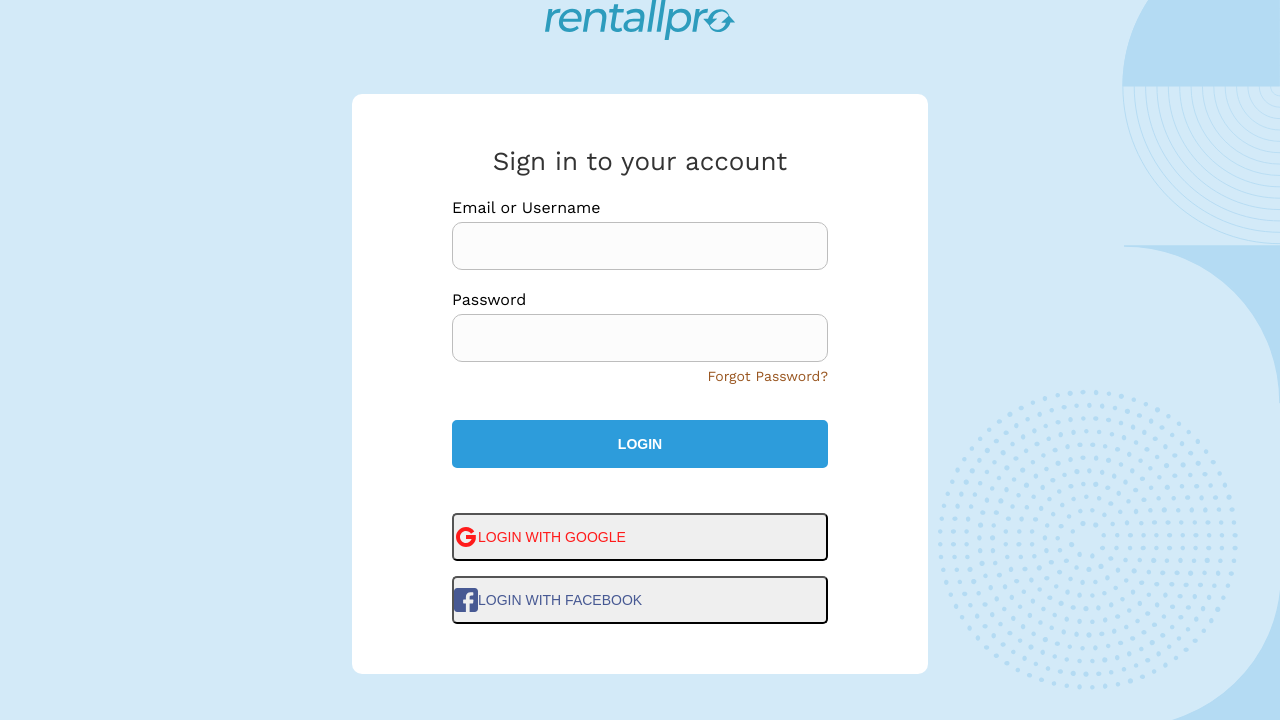
Repository: RentallPro/rentallpro-frontend
Page: /
An editor plug-in stored every save of this project. The page is shown before and after the next save, followed by the edit.
The browser window is 1280 px wide. The pictures show the whole page.
The project was rebuilt for these pictures with package versions that can differ from the ones it lists, and the page was loaded fresh each time.

Above is the page before, as saved 2020-12-09 11:01:20.

### public/index.html
<!DOCTYPE html>
<html lang="en">
  <head>
    <meta charset="utf-8">
    <meta http-equiv="X-UA-Compatible" content="IE=edge">
    <meta name="viewport" content="width=device-width,initial-scale=1.0">
    <link rel="icon" href="<%= BASE_URL %>favicon.ico">
    <link href="https://fonts.googleapis.com/css?family=Work+Sans&display=swap" rel="stylesheet">
    <title><%= htmlWebpackPlugin.options.title %></title>
  </head>
  <body>
    <noscript>
      <strong>We're sorry but <%= htmlWebpackPlugin.options.title %> doesn't work properly without JavaScript enabled. Please enable it to continue.</strong>
    </noscript>
    <div id="app"></div>
    <!-- built files will be auto injected -->
  </body>
</html>

### src/App.vue
<template>
  <div id="app">
    <router-view/>
  </div>
</template>

<style lang="scss">
* {
  margin: 0;
  padding: 0;
  box-sizing: border-box;
}
#app {
  font-family: 'Work Sans', sans-serif;
}
</style>

### src/router/index.js
import Vue from 'vue'
import VueRouter from 'vue-router'
import Home from '../views/Home/Home.vue'

Vue.use(VueRouter)

const routes = [
  {
    path: '/',
    name: 'Home',
    component: Home
  },
  {
    path: '/about',
    name: 'About',
    // route level code-splitting
    // this generates a separate chunk (about.[hash].js) for this route
    // which is lazy-loaded when the route is visited.
    component: () => import(/* webpackChunkName: "about" */ '../views/About.vue')
  }
]

const router = new VueRouter({
  mode: 'history',
  base: process.env.BASE_URL,
  routes
})

export default router

### src/views/Home/Home.vue
<template>
  <div class="home">
    <div class="form-container">
      <div class="logo"><img src="@/assets/logo.svg" alt="logo"></div>
      <div class="form-wrapper">
        <h3 class="form-title">Sign in to your account</h3>
        <div class="input">
          <label for="Email">Email or Username</label>
          <input type="text">
        </div>
        <div class="input">
          <label for="password">Password</label>
          <input type="password">
          <p>Forgot Password?</p>
        </div>
        <button class="login-button button">
          LOGIN
        </button>
        <div class="social-buttons">
          <button class="google-button button">
            <svg width="24" height="24" viewBox="0 0 24 24" fill="none" xmlns="http://www.w3.org/2000/svg">
              <path d="M6 12C6 15.3137 8.68629 18 12 18C14.6124 18 16.8349 16.3304 17.6586 14H12V10H21.8047V14H21.8C20.8734 18.5645 16.8379 22 12 22C6.47715 22 2 17.5228 2 12C2 6.47715 6.47715 2 12 2C15.445 2 18.4831 3.742 20.2815 6.39318L17.0039 8.68815C15.9296 7.06812 14.0895 6 12 6C8.68629 6 6 8.68629 6 12Z" fill="#FF1B1B"/>
            </svg>
            <span>LOGIN WITH GOOGLE</span>
          </button>
          <button class="facebook-button button">
            <svg width="24" height="24" viewBox="0 0 24 24" fill="none" xmlns="http://www.w3.org/2000/svg">
              <path d="M20.7657 0H3.23405C1.44797 0 0 1.44791 0 3.23405V20.7658C0 22.552 1.44791 23.9999 3.23405 23.9999H11.8806L11.8953 15.4236H9.66721C9.37765 15.4236 9.14264 15.1895 9.14152 14.8999L9.13084 12.1354C9.12972 11.8443 9.36544 11.6077 9.65659 11.6077H11.8806V8.93651C11.8806 5.83661 13.7739 4.14869 16.5392 4.14869H18.8083C19.0986 4.14869 19.3341 4.38406 19.3341 4.67444V7.00547C19.3341 7.29573 19.0988 7.53104 18.8086 7.53122L17.4161 7.53187C15.9122 7.53187 15.621 8.24648 15.621 9.29522V11.6078H18.9255C19.2404 11.6078 19.4847 11.8827 19.4476 12.1954L19.1199 14.9599C19.0885 15.2244 18.8642 15.4237 18.5978 15.4237H15.6357L15.621 24H20.7658C22.5519 24 23.9998 22.5521 23.9998 20.766V3.23405C23.9998 1.44791 22.5519 0 20.7657 0Z" fill="#475993"/>
            </svg>
            <span>LOGIN WITH FACEBOOK</span>
          </button>
        </div>
      </div>
    </div>
  </div>
</template>

<script>
// @ is an alias to /src

export default {
  name: 'Home',
  components: {
  }
}
</script>

<style lang="scss" src="./Home.scss" scoped></style>

### src/views/Home/Home.scss
.home {
    background: #D3EAF8;
    background-image: url(../../assets/Patern.svg);
    background-repeat: no-repeat;
    background-position-y: top;
    background-position-x: right;
    width: 100vw;
    height: 100vh;
    .form-container {
        width: 45%;
        display: block;
        margin: auto;
        .button {
            height: 48px;
            width: 100%;
            border-radius: 5px;
            font-size: 14px;
            line-height: 18px;
        }
        .logo {
            text-align: center;
        }
        .form-wrapper {
            width: 100%;
            padding: 50px 100px;
            background: #FFFFFF;
            border-radius: 10px;
            margin-top: 50px;
            .form-title {
                font-style: normal;
                font-weight: 500;
                font-size: 26px;
                line-height: 34px;
                color: #333333;
                text-align: center;
            }
            .input {
                display: flex;
                flex-direction: column;
                margin-top: 20px;
                input {
                    height: 48px;
                    background: #FCFCFC;
                    border: 1px solid #BDBDBD;
                    border-radius: 10px;
                    margin-top: 5px;
                }
                p {
                    font-weight: normal;
                    font-size: 14px;
                    line-height: 18px;
                    color: #995620;
                    text-align: right;
                    margin-top: 5px;
                }
            }
            .login-button {
                background: #2D9CDB;
                border: 2px solid #2D9CDB;
                font-style: normal;
                font-weight: bold;
                color: #FFFFFF;
                margin-top: 35px;
            }
            .social-buttons {
                margin-top: 45px;
                .google-button {
                    display: flex;
                    align-items: center;
                    color: #FF1B1B;
                    font-weight: 500;
                }
                .facebook-button {
                    display: flex;
                    align-items: center;
                    color: #475993;
                    font-weight: 500;
                    margin-top: 15px;
                }
            }
        }
    }
}

Loaded but not shown: src/main.js (common file); src/store/index.js (common file)

After the next save:
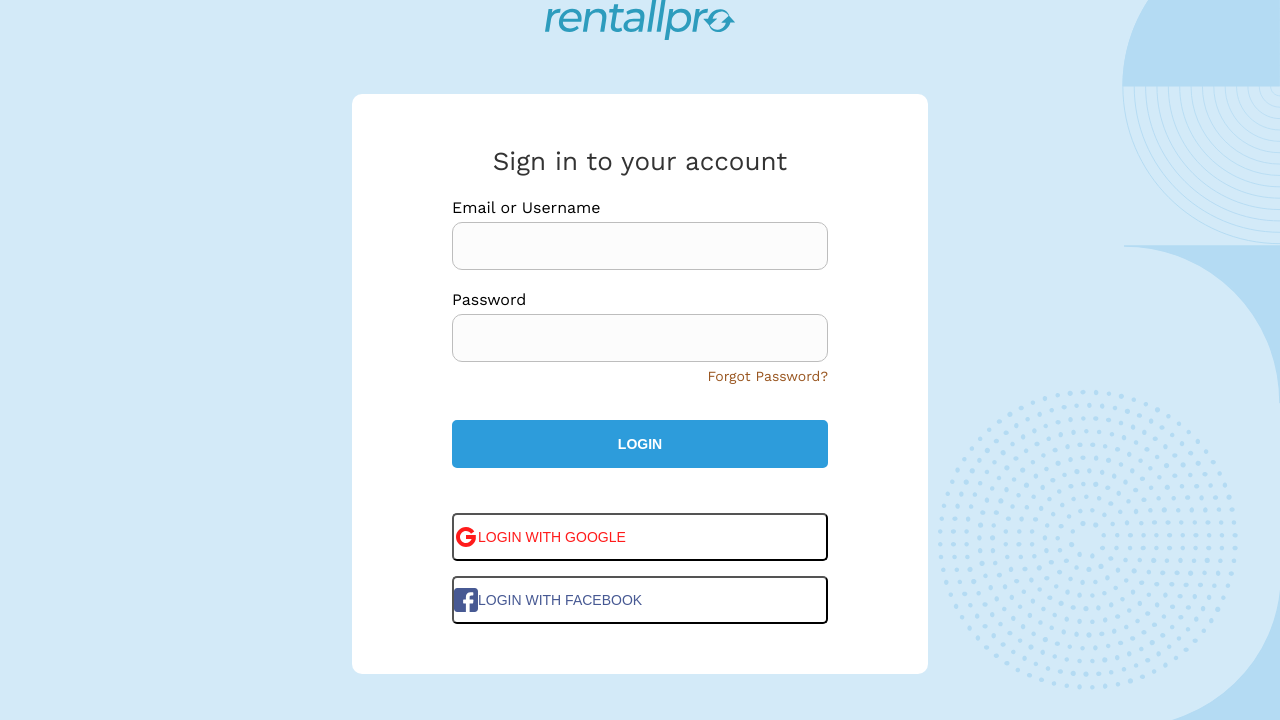
Saved 27 s later.
--- a/src/views/Home/Home.scss
+++ b/src/views/Home/Home.scss
@@ -69,11 +69,13 @@
                     align-items: center;
                     color: #FF1B1B;
                     font-weight: 500;
+                    background-color: #FFFFFF;
                 }
                 .facebook-button {
                     display: flex;
                     align-items: center;
                     color: #475993;
+                    background-color: #FFFFFF;
                     font-weight: 500;
                     margin-top: 15px;
                 }
